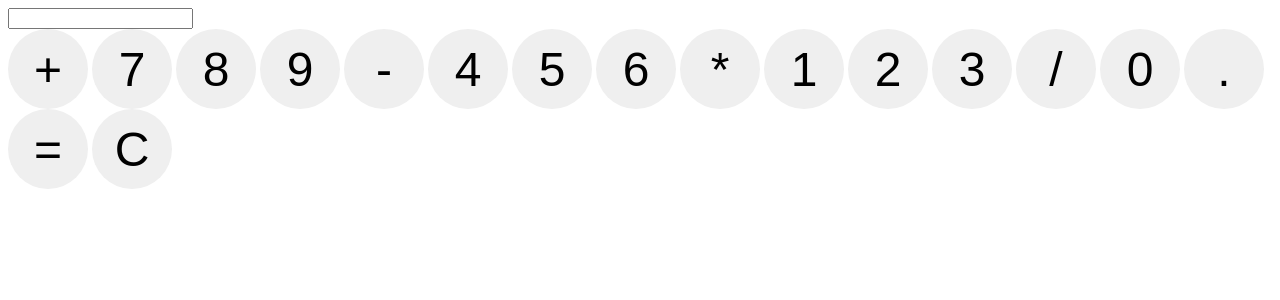
Repository: Haakim19/JavaScript
Page: Calculater/Main.html
The author's editor kept a copy of each file at every save. The page is drawn from the files as they stood at one save, then again after the next save.
The browser window is 1280 px wide. The pictures show the whole page.

Above is the page before, as saved 2024-10-22 21:39:59.

### Calculater/Main.html
<!DOCTYPE html>
<html lang="en">
<head>
    <meta charset="UTF-8">
    <meta name="viewport" content="width=device-width, initial-scale=1.0">
    <title>Calculator</title>
    <link rel="stylesheet" href="Main.css">
</head>
<body>
    <div class="calculator">
        <input type="display" readonly>
        <div class="keys">
            <button onclick="appentToDisplay('+')">+</button>
            <button onclick="appentToDisplay('7')">7</button>
            <button onclick="appentToDisplay('8')">8</button>
            <button onclick="appentToDisplay('9')">9</button>
            <button onclick="appentToDisplay('-')">-</button>
            <button onclick="appentToDisplay('4')">4</button>
            <button onclick="appentToDisplay('5')">5</button>
            <button onclick="appentToDisplay('6')">6</button>
            <button onclick="appentToDisplay('*')">*</button>
            <button onclick="appentToDisplay('1')">1</button>
            <button onclick="appentToDisplay('2')">2</button>
            <button onclick="appentToDisplay('3')">3</button>
            <button onclick="appentToDisplay('/')">/</button>
            <button onclick="appentToDisplay('0')">0</button>
            <button onclick="appentToDisplay('.')">.</button>
            <button onclick="calculate()">=</button>
            <button onclick="clear">C</button>
        </div>
    </div>

</body>
</html>

### Calculater/Main.css
button{
    width: 80px;
    height: 80px;
    border-radius: 50px;
    border: none;
    font-size: 3rem;
}

After the next save:
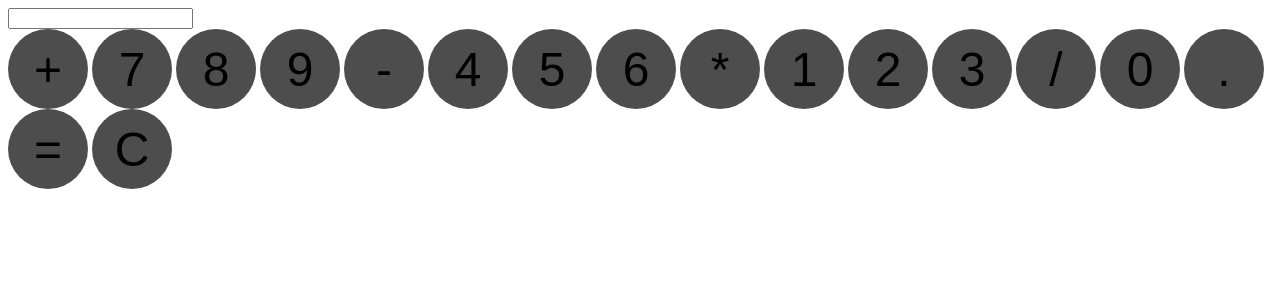
Saved 40 s later.
--- a/Calculater/Main.css
+++ b/Calculater/Main.css
@@ -4,4 +4,5 @@ button{
     border-radius: 50px;
     border: none;
     font-size: 3rem;
+    background-color: hsl(0, 0%, 30%);
 }
